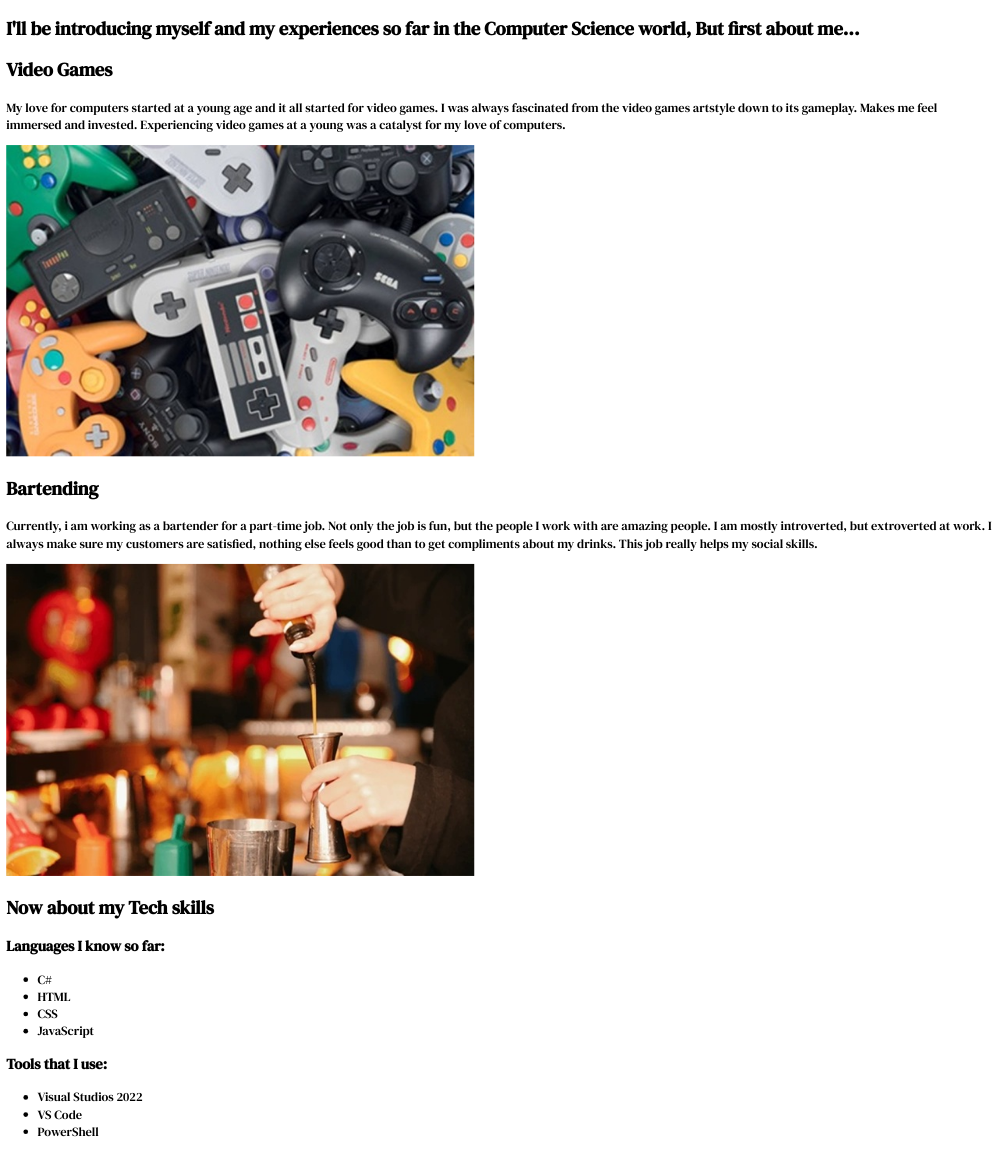
Repository: vGitCharles/vGitCharles
Page: index.html
An editor plug-in stored every save of this project. The page is shown before and after the next save, followed by the edit.
The browser window is 1280 px wide. The pictures show the whole page, at 78% of full size.

Above is the page before, as saved 2026-05-15 21:23:35.

### index.html
<!DOCTYPE html>
<html lang="en">
<head>
    <meta charset="UTF-8">
    <meta name="viewport" content="width=device-width, initial-scale=1.0">
    <link rel="stylesheet" href="./styles/globals.css">
    <title>Home</title>
</head>
<body>




    <h2>I'll be introducing myself and my experiences so far in the Computer Science world, But first about me...</h2>
    <h2>Video Games</h2>

    <p>My love for computers started at a young age and it all started for video games. I was always fascinated from the video games artstyle down to its gameplay. Makes me feel immersed and invested. Experiencing video games at a young was a catalyst for my love of computers.</p>

    <img src="/assets/images/gamer-600.jpg"
     srcset="./assets/images/gamer-800.jpg 400w
    ./assets/images/gamer-1200.jpg 1200w
    ./assets/images/gamer-400.jpg 400w
    "
    sizes="100vw"

    alt="gamer stock image">
    <h2>Bartending</h2>
    <p>Currently, i am working as a bartender for a part-time job. Not only the job is fun, but the people I work with are amazing people. I am mostly introverted, but extroverted at work. I always make sure my customers are satisfied, nothing else feels good than to get compliments about my drinks. This job really helps my social skills.</p>
    <img src="./assets/images/bartender-600.jpg"
    srcset="./assets/images/bartender-800.jpg 800w
    ./assets/images/bartender-1200.jpg 1200w
    ./assets/images/bartender-400.jpg 400w
    "
    sizes="100vw"

    alt="bartender making a drink">
    <h2>Now about my Tech skills</h2>
    <h3>Languages I know so far:</h3>
    <ul>
        <li>C#</li>
        <li>HTML</li>
        <li>CSS</li>
        <li>JavaScript</li>
    </ul>
    <h3>Tools that I use:</h3>
    <ul>
        <li>Visual Studios 2022</li>
        <li>VS Code</li>
        <li>PowerShell</li>
    </ul>
</body>
</html>

### styles/globals.css
@font-face {
    font-family:'IBM';
    src: url('../assets/fonts/DM_Serif_Text/DMSerifText-Regular.ttf') format('truetype');
}

body{
    font-family:'IBM',sans-serif ;
}

After the next save:
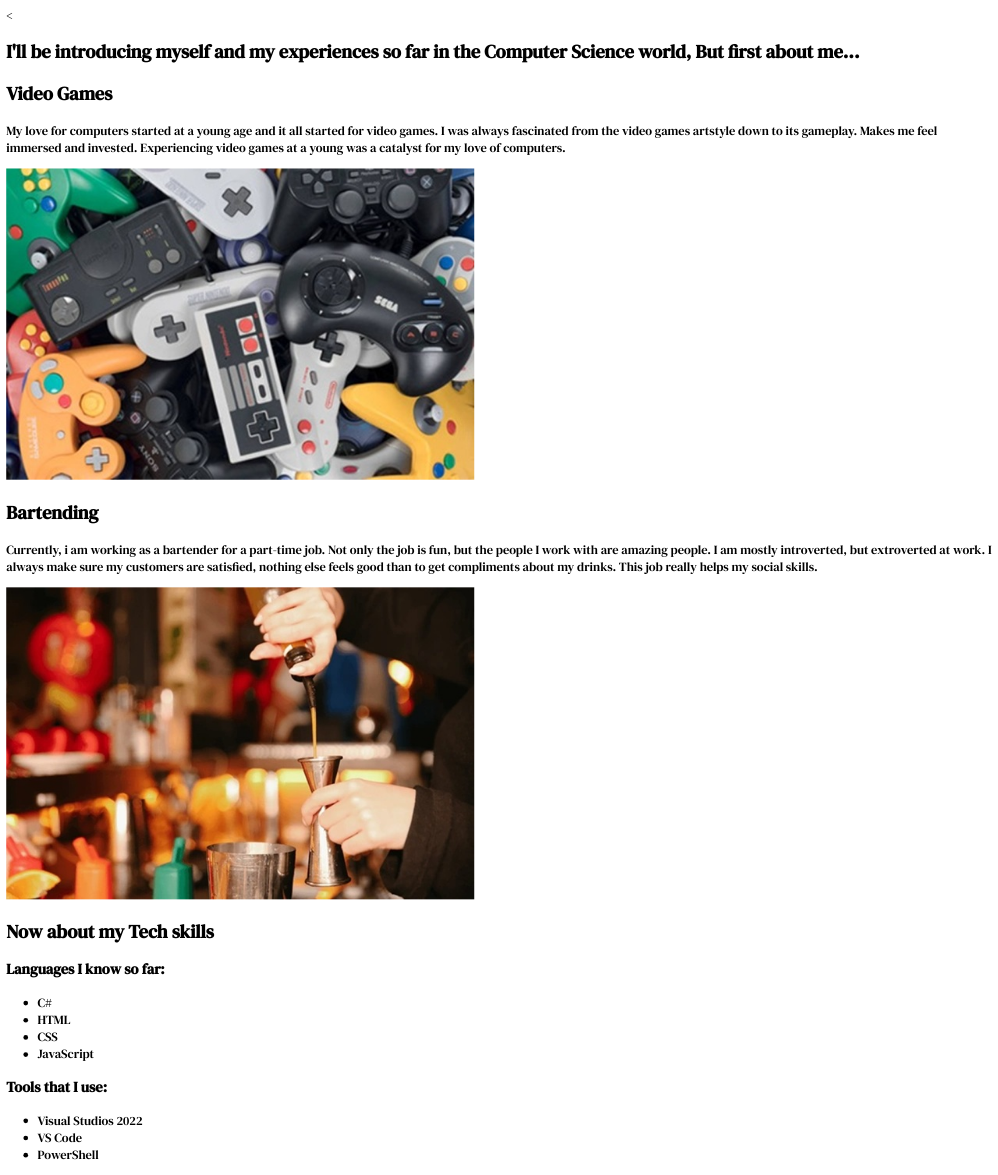
Saved 4 min 39 s later.
--- a/index.html
+++ b/index.html
@@ -7,6 +7,11 @@
     <title>Home</title>
 </head>
 <body>
+
+    <!--Sticky Header-->
+    <header class="topBar">
+        <
+    </header>
 
 
 
